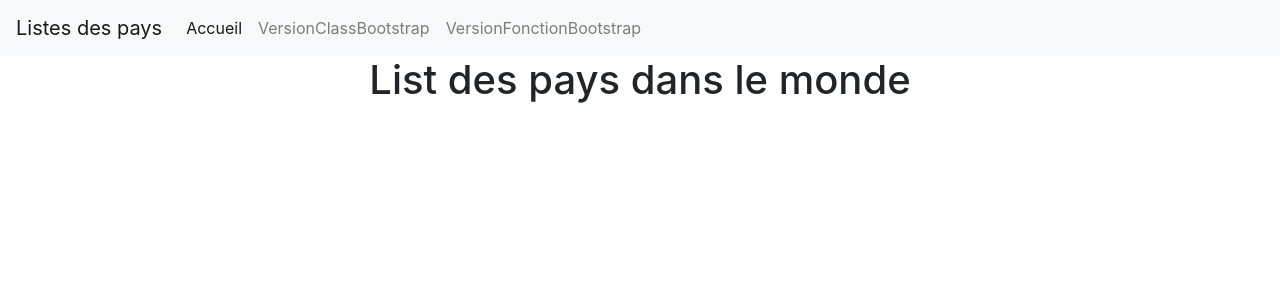
Repository: LudovicB21/CountryTest
Page: /
These files come from the project's save history. The page is drawn as it stood at one moment and after the next save; the edit follows.
The browser window is 1280 px wide. The pictures show the whole page.
The page's requests for data from a server got no answer. The project was rebuilt for these pictures with package versions that can differ from the ones it lists, and the page was loaded fresh each time. No one was signed in, and anything a server would have sent is missing. Also part of the build but not shown: src/components/VersionClassBootstrap/InfoPays.components.js.

Above is the page before, as saved 2020-10-29 09:51:59.

### public/index.html
<!DOCTYPE html>
<html lang="en">
  <head>
    <meta charset="utf-8" />
    <link rel="icon" href="%PUBLIC_URL%/favicon.ico" />
    <link rel="stylesheet" href="https://cdn.jsdelivr.net/npm/bootstrap@4.5.3/dist/css/bootstrap.min.css" integrity="sha384-TX8t27EcRE3e/ihU7zmQxVncDAy5uIKz4rEkgIXeMed4M0jlfIDPvg6uqKI2xXr2" crossorigin="anonymous">
    <meta name="viewport" content="width=device-width, initial-scale=1" />
    <meta name="theme-color" content="#000000" />
    <meta
      name="description"
      content="Web site created using create-react-app"
    />
    <link rel="apple-touch-icon" href="%PUBLIC_URL%/logo192.png" />
    <!--
      manifest.json provides metadata used when your web app is installed on a
      user's mobile device or desktop. See https://developers.google.com/web/fundamentals/web-app-manifest/
    -->
    <link rel="manifest" href="%PUBLIC_URL%/manifest.json" />
    <link
      rel="stylesheet"
      href="https://maxcdn.bootstrapcdn.com/bootstrap/4.5.0/css/bootstrap.min.css"
      integrity="sha384-9aIt2nRpC12Uk9gS9baDl411NQApFmC26EwAOH8WgZl5MYYxFfc+NcPb1dKGj7Sk"
      crossorigin="anonymous"
    />
    <link rel="stylesheet" href="https://cdn.jsdelivr.net/npm/bootstrap@4.5.3/dist/css/bootstrap.min.css" integrity="sha384-TX8t27EcRE3e/ihU7zmQxVncDAy5uIKz4rEkgIXeMed4M0jlfIDPvg6uqKI2xXr2" crossorigin="anonymous">

    <!--
      Notice the use of %PUBLIC_URL% in the tags above.
      It will be replaced with the URL of the `public` folder during the build.
      Only files inside the `public` folder can be referenced from the HTML.

      Unlike "/favicon.ico" or "favicon.ico", "%PUBLIC_URL%/favicon.ico" will
      work correctly both with client-side routing and a non-root public URL.
      Learn how to configure a non-root public URL by running `npm run build`.
    -->
    <title>React App</title>
  </head>
  <body>
    <noscript>You need to enable JavaScript to run this app.</noscript>
    <div id="root"></div>
    <!--
      This HTML file is a template.
      If you open it directly in the browser, you will see an empty page.

      You can add webfonts, meta tags, or analytics to this file.
      The build step will place the bundled scripts into the <body> tag.

      To begin the development, run `npm start` or `yarn start`.
      To create a production bundle, use `npm run build` or `yarn build`.
    -->
  </body>
</html>

### src/App.js
import React from 'react';
import './App.css';
import ListPays from "./components/VersionClassBootstrap/ListPays.components"
import { BrowserRouter as Router, Route, Switch} from 'react-router-dom'
import InfoPays from "./components/VersionClassBootstrap/InfoPays.components"
import Nav from "./components/Navigation/Navigation"
function App() {
  return (
    <div className="App">
        <Router>
          <Nav />
          <Switch>
            <Route path="/"  exact component={ListPays} />
            <Route path="/:id"  component={InfoPays }/>
          </Switch>
        </Router>
    </div>
  );
}

export default App;

### src/components/VersionClassBootstrap/ListPays.components.js
import React, { Component } from 'react'
import {Link} from 'react-router-dom'

class Pays extends Component{
  state = {
    items: []
  }

  componentDidMount(){
    fetch(
      "https://restcountries.eu/rest/v2/all"
    )
    .then(response => response.json())
    .then(responseJson => {
      this.setState({items: responseJson})
    })
  }

  render(){
    return(
      <div className="container">
        <h1>List des pays dans le monde </h1>
          <ul className="list-group">
            {this.state.items.map(pays => {
              return (<Link to={{pathname: `/${pays.name}`, query: {pays}}}>
                <li key={pays.alpha3Code} className="list-group-item">
                  {pays.name} <img src={pays.flag} style={{width: "50px", height: "50px"}} alt="drapeau" />
                </li>
              </Link>
            )})}
          </ul>
      </div>
    )
  }


}


export default Pays

### src/components/Navigation/Navigation.js
import React, { Component } from 'react';
import { Link } from 'react-router-dom';

class Navigation extends Component {
    render() {
        return (
            <nav class="navbar navbar-expand-lg navbar-light bg-light">
            <a class="navbar-brand" href="#">Listes des pays</a>
            <button class="navbar-toggler" type="button" data-toggle="collapse" data-target="#navbarNav" aria-controls="navbarNav" aria-expanded="false" aria-label="Toggle navigation">
                <span class="navbar-toggler-icon"></span>
            </button>
            <div class="collapse navbar-collapse" id="navbarNav">
                <ul class="navbar-nav">
                    <Link to="/Accueil">
                        <li class="nav-item active">
                            <a class="nav-link" href="#">Accueil <span class="sr-only">(current)</span></a>
                        </li>
                    </Link>
                    <Link to="/VersionClassBootstrap">
                        <li class="nav-item">
                            <a class="nav-link" href="#">VersionClassBootstrap</a>
                        </li>
                    </Link>
                    <Link to="/VersionFonctionBootstrap">
                        <li class="nav-item">
                            <a class="nav-link" href="#">VersionFonctionBootstrap</a>
                        </li>
                    </Link>
                </ul>
            </div>
            </nav>
        )
    }
}

export default Navigation

### src/components/Navigation.js
import React, { Component } from 'react';
import { Link } from 'react-router-dom';

class Navigation extends Component {
    render() {
        return (
            <nav class="navbar navbar-expand-lg navbar-light bg-light">
            <a class="navbar-brand" href="#">Navbar</a>
            <button class="navbar-toggler" type="button" data-toggle="collapse" data-target="#navbarNav" aria-controls="navbarNav" aria-expanded="false" aria-label="Toggle navigation">
                <span class="navbar-toggler-icon"></span>
            </button>
            <div class="collapse navbar-collapse" id="navbarNav">
                <ul class="navbar-nav">
                    <li class="nav-item active">
                        <a class="nav-link" href="#">Home <span class="sr-only">(current)</span></a>
                    </li>
                    <Link to="/VersionClassBootstrap">
                        <li class="nav-item">
                            <a class="nav-link" href="#">VersionClassBootstrap</a>
                        </li>
                    </Link>
                    <Link to="/VersionFonctionBootstrap">
                        <li class="nav-item">
                            <a class="nav-link" href="#">VersionFonctionBootstrap</a>
                        </li>
                    </Link>
                </ul>
            </div>
            </nav>
        )
    }
}

export default Navigation

Loaded but not shown: src/index.js (common file); src/index.css (common file); src/serviceWorker.js (common file); src/App.css (common file)

After the next save:
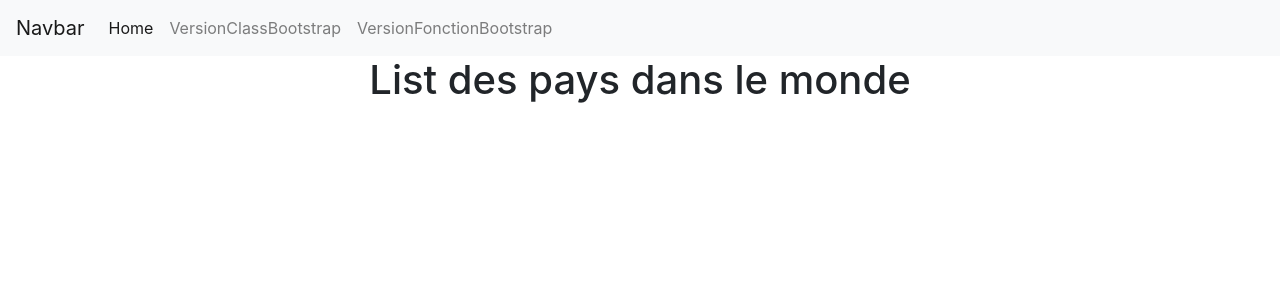
Saved 51 s later.
--- a/src/App.js
+++ b/src/App.js
@@ -3,7 +3,7 @@ import './App.css';
 import ListPays from "./components/VersionClassBootstrap/ListPays.components"
 import { BrowserRouter as Router, Route, Switch} from 'react-router-dom'
 import InfoPays from "./components/VersionClassBootstrap/InfoPays.components"
-import Nav from "./components/Navigation/Navigation"
+import Nav from "./components/Navigation"
 function App() {
   return (
     <div className="App">
